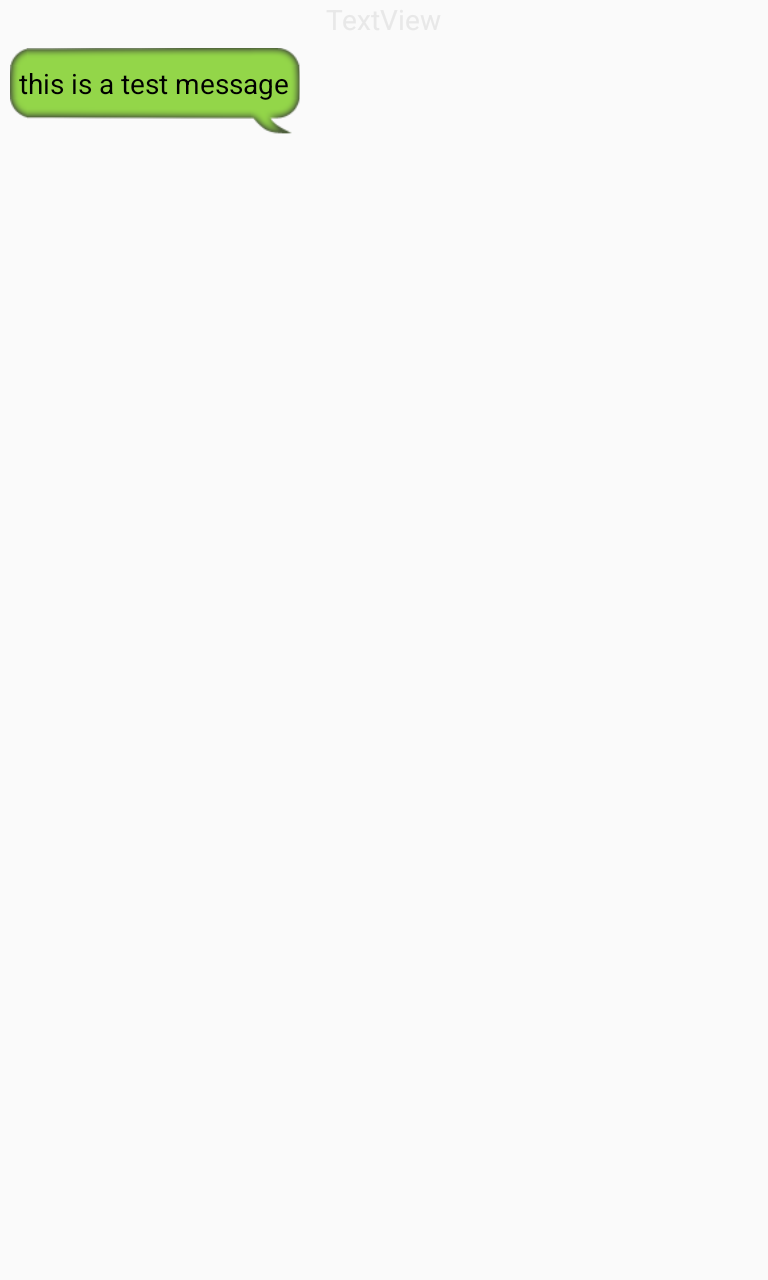
Repository: fareehaamjad/SMI-final
Layout: SecureMobileIdentity/res/layout/sms_row.xml
These files come from the project's save history. The layout is drawn as it stood at one moment and after a run of saves; the edit follows.
It is drawn on a 768 x 1280 px phone screen (xhdpi) without system bars, with theme AppTheme; the app's code is not run.

Above is the layout before, as saved 2015-08-22 09:35:34.

### SecureMobileIdentity/res/layout/sms_row.xml
<?xml version="1.0" encoding="utf-8"?>
<LinearLayout xmlns:android="http://schemas.android.com/apk/res/android"
    android:layout_width="fill_parent"
    android:layout_height="fill_parent"
    android:orientation="vertical" >

    <TextView
        android:id="@+id/textView1"
        android:layout_width="wrap_content"
        android:layout_height="wrap_content"
        android:layout_gravity="center_horizontal"
        android:text="TextView"
        android:textColor="#E8E8E8" />

    <TextView
        android:id="@+id/message_text"
        android:layout_width="wrap_content"
        android:layout_height="wrap_content"
        android:layout_margin="5sp"
        android:background="@drawable/speech_bubble_green"
        android:shadowColor="@color/textShadow"
        android:shadowDx="1"
        android:shadowDy="1"
        android:textColor="@color/textColor"
        android:text="this is a test message"
        android:textSize="14sp" />

</LinearLayout>

### SecureMobileIdentity/res/values/styles.xml
<resources>

    <!--
        Base application theme, dependent on API level. This theme is replaced
        by AppBaseTheme from res/values-vXX/styles.xml on newer devices.

    -->
    <style name="AppBaseTheme" parent="Theme.AppCompat.Light">
        <!--
            Theme customizations available in newer API levels can go in
            res/values-vXX/styles.xml, while customizations related to
            backward-compatibility can go here.

        -->
    </style>

    <!-- Application theme. -->
    <style name="AppTheme" parent="AppBaseTheme">
        <!-- All customizations that are NOT specific to a particular API-level can go here. -->
    </style>

    <style name="chat_text_message_style">
        <item name="android:layout_width">wrap_content</item>
        <item name="android:layout_height">wrap_content</item>
        <item name="android:paddingTop">5dp</item>
        <item name="android:paddingBottom">5dp</item>
        <item name="android:paddingLeft">8dp</item>
        <item name="android:paddingRight">8dp</item>
        <item name="android:textSize">16sp</item>
        <item name="android:textColor">@android:color/black</item>
    </style>

    <style name="chat_timings">
        <item name="android:layout_width">wrap_content</item>
        <item name="android:layout_height">wrap_content</item>
        <item name="android:textSize">12sp</item>
    </style>

</resources>

### SecureMobileIdentity/res/values/colors.xml
<?xml version="1.0" encoding="utf-8"?>
<resources>
    <item name="textColor" type="color">#000000</item>
    <color name="textShadow">#FFF</color>
    <color name="blue">#33B5E5</color>
    <color name="purple">#57068c</color>
</resources>

Loaded but not shown: SecureMobileIdentity/res/values-v11/styles.xml (common file); SecureMobileIdentity/res/values-v14/styles.xml (common file)

After the next 3 saves:
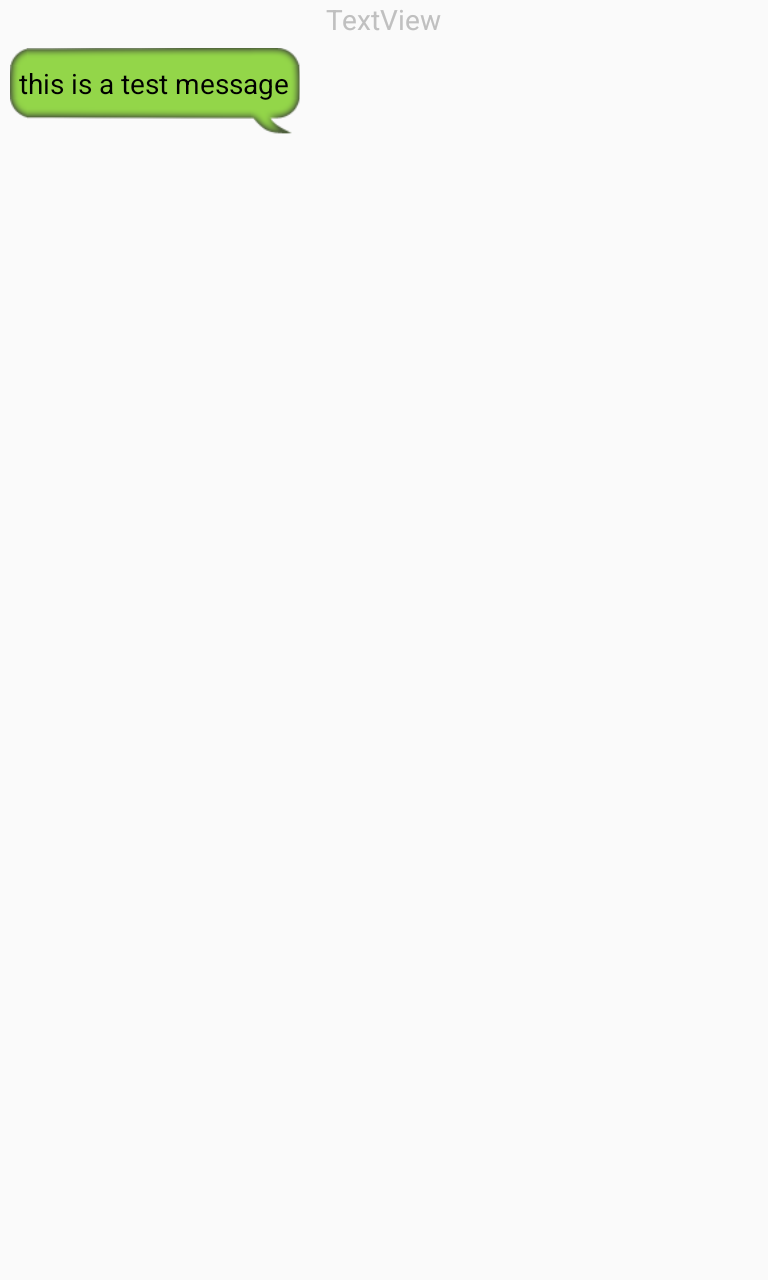
The 3 saves are shown as one change because 1 did not build or start and some came seconds apart.
The last was saved 45 s later.
--- a/SecureMobileIdentity/res/layout/sms_row.xml
+++ b/SecureMobileIdentity/res/layout/sms_row.xml
@@ -10,7 +10,7 @@
         android:layout_height="wrap_content"
         android:layout_gravity="center_horizontal"
         android:text="TextView"
-        android:textColor="#E8E8E8" />
+        android:textColor="#C0C0C0" />
 
     <TextView
         android:id="@+id/message_text"
